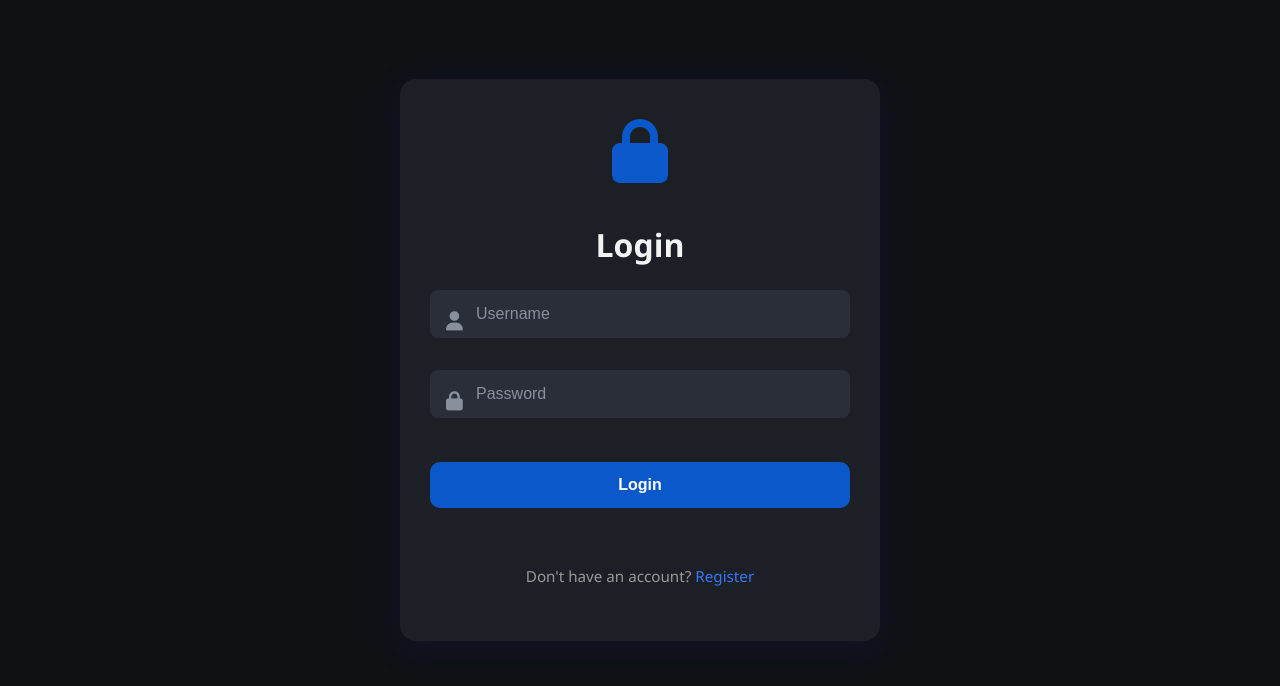
Repository: lowluds/auth-flask
Page: http://localhost/login
The author's editor kept a copy of each file at every save. The page is drawn from the files as they stood at one save, then again after the next save.
The browser window is 1280 px wide. The pictures show the whole page.
The page is served by the project's application, run on Flask 3 (login.py).

Above is the page before, as saved 2025-07-10 22:58:16.

### templates/login.html
<!DOCTYPE html>
<html lang="en">
<head>
    <meta charset="UTF-8">
    <meta name="viewport" content="width=device-width, initial-scale=1.0">
    <title>Login</title>
    <link rel="stylesheet" href="{{ url_for('static', filename='register.css') }}">
    <link rel="stylesheet" href="{{ url_for('static', filename='error.css') }}">
    <link rel="stylesheet" href="https://cdnjs.cloudflare.com/ajax/libs/font-awesome/6.5.0/css/all.min.css">
</head>

<body>
    <div class="login-container">
        <i class="fas fa-lock login-icon"></i>
        <h2>Login</h2>
        <form method="post" action="/login">

          <div class="input-group">
              <i class="fas fa-user"></i>
              <input type="text" name="username" placeholder="Username" required>
            </div>

            <div class="input-group">
              <i class="fas fa-lock"></i>
              <input type="password" name="password" placeholder="Password" required>
            </div>

            {% with messages = get_flashed_messages(with_categories=true) %}
              {% if messages %}
                {% for category, message in messages %}
                  {% if category == 'error' %}
                  <div class="input-error">{{ message }}</div>
                  {% endif %}
                {% endfor %}
              {% endif %}
            {% endwith %}

            <button type="submit">Login</button><br>

            {% if show_forgot %}
            <a href="{{ url_for('forgot_password') }}" class="forgot-link">Forgot password?</a>
            {% endif %}

        </form>
        <p>Don't have an account? <a href="/register">Register</a></p>
    </div>
</body>
</html>

### login.py
from flask import Flask, render_template, request, redirect, url_for, session, flash
from werkzeug.security import check_password_hash
from werkzeug.security import generate_password_hash
import json

app = Flask (__name__)
app.secret_key = '123abc456'  # Change this to a secure random value

@app.route('/')
def home():
    return redirect(url_for('login'))

# Login
@app.route('/login', methods=['GET', 'POST'])
def login():
    if request.method == 'POST':
        # Get form input
        username = request.form['username']
        password = request.form['password']

        # Load users from JSON
        with open('users/userDB.json', 'r') as file:
            data = json.load(file)

        # Look for user
        for user in data['users']:
            if user['username'] == username:
                # Check hashed password
                if check_password_hash(user['password'], password):
                    session['username'] = username
                    session['group'] = user['group']
                    session.pop('show_forgot', None)

                    # Redirect based on group
                    if user['group'] == 'admin':
                        return redirect(url_for('admin'))
                    else:
                        return redirect(url_for('dashboard'))

                flash("Incorrect password", "error")
                session['show_forgot'] = True
                return redirect(url_for('login'))

        flash("Username or password not found", "error")
        session.pop('show_forgot', None)
        return redirect(url_for('login'))

    show_forgot = session.pop('show_forgot', False)
    return render_template('login.html', show_forgot=show_forgot)

# Register
@app.route('/register', methods=['GET', "POST"])
def register():
    if request.method == 'POST':
        username = request.form['username']
        password = request.form['password']
        group = "user"

        # Load existing users
        with open('users/userDB.json', 'r') as file:
            data = json.load(file)

        # Check for duplicate username
        for user in data['users']:
            if user['username'] == username:
                flash("Username already exists. Please choose another.", "error")
                return redirect(url_for('register'))

        # Hash the password
        hashed_password = generate_password_hash(password)

        # Add new user to userDB.json
        data['users'].append({
            'username': username,
            'password': hashed_password,
            'group'   : group
        })

        # Save the updated user to userDB.json
        with open('users/userDB.json', "w") as file:
            json.dump(data, file, indent=4)

        flash("You are registered! Please log in.", "success")
        return redirect(url_for('login'))

    # Only runs for GET requests
    return render_template('register.html')

# Forgot Password
@app.route('/forgot')
def forgot_password():
    return render_template('forgot.html')

# Dashboard
@app.route('/dashboard')
def dashboard():
    # Check if user is logged in
    if 'username' in session:
        return render_template('dashboard.html')
    else:
        return redirect(url_for('login'))
# Admin dashboard
@app.route('/admin')
def admin():
    if 'username' in session:
        if session.get('group') == 'admin':
            return render_template('admin.html')
        else:
            return "You are logged in, but not authorized to view this page"
    else:
        return redirect(url_for('login'))

# Logout
@app.route('/logout')
def logout():
    session.pop('username', None)
    return redirect(url_for('login'))

if __name__ == '__main__':
    app.run(debug=True)

### static/register.css
/* Global dark theme */
body {
    background: #0f1115;
    font-family: 'Segoe UI', Tahoma, Geneva, Verdana, sans-serif;
    margin: 0;
    padding: 0;
    color: #f3f3f3;
    min-height: 100vh;
    display: flex;
    justify-content: center;
    align-items: center;
}

/* Shared container styles */
.login-container,
.register-container,
.dashboard-container,
.admin-dashboard-container {
    background: #1c1f26;
    max-width: 420px;
    width: 100%;
    padding: 40px 30px;
    margin: 60px auto;
    border-radius: 16px;
    box-shadow: 0 8px 32px rgba(31, 38, 135, 0.18);
    display: flex;
    flex-direction: column;
    align-items: center;
}

.input-group {
    position: relative;
    width: 100%;
    margin-bottom: 16px;
}

.input-group i {
    position: absolute;
    top: 50%;
    left: 16px;
    transform: translateY(-50%);
    color: #8a8f9c;
    font-size: 1.2rem;
    pointer-events: none;
}

.input-group input {
  padding: 14px 16px 14px 46px;
  height: 48px;
  border: none;
  border-radius: 8px;
  background-color: #2a2e39;
  color: #f3f3f3;
  font-size: 1rem;
  width: 100%;
  box-sizing: border-box;
}

.input-group input:focus {
    box-shadow: 0 0 0 2px rgba(52, 120, 246, 0.4);
}

/* Headings */
.login-container h2,
.register-container h2,
.dashboard-container h2,
.admin-dashboard-container h2 {
    color: #f3f3f3;
    margin-bottom: 24px;
    font-weight: 600;
    font-size: 2rem;
    text-align: center;
}

/* Forms */
form {
    width: 100%;
    display: flex;
    flex-direction: column;
    margin-bottom: 20px;
}

/* Labels */
label {
    margin-bottom: 6px;
    color: #ccc;
    font-size: 0.95rem;
}

/* Inputs */
input,
select {
    padding: 14px;
    margin-bottom: 16px;
    border: none;
    border-radius: 10px;
    background-color: #2a2e39;
    color: #f3f3f3;
    font-size: 1rem;
    transition: all 0.2s ease-in-out;
}

input::placeholder {
    color: #8a8f9c;
}

input:focus,
select:focus {
    outline: none;
    background-color: #2f3541;
    border: 1.5px solid #3478f6;
}

/* Buttons */
button {
    background-color: #0a58ca;
    color: #fff;
    border: none;
    border-radius: 10px;
    padding: 14px;
    font-size: 1rem;
    font-weight: 600;
    cursor: pointer;
    transition: background-color 0.3s ease;
    margin-top: 12px;
}

button:hover {
    background-color: #0846a1;
}

/* Links */
a {
    color: #3478f6;
    text-decoration: none;
    font-weight: 500;
    font-size: 0.95rem;
}

a:hover {
    color: #5a9afc;
    text-decoration: underline;
}

.login-container .login-icon {
    font-size: 64px !important;
    color: #0a58ca !important;
    margin-bottom: 14px;
}


/* Paragraphs */
p {
    margin-top: 16px;
    color: #999;
    font-size: 0.95rem;
}

/* Forgot Password */
.forgot-link {
    text-align: center;
    margin-bottom: 10px;
}

/* Flash error styling */
.input-error {
    color: #ff4d4d;
    font-weight: bold;
    margin-bottom: 12px;
    text-align: center;
}

/* Responsive */
@media (max-width: 600px) {
    .login-container,
    .register-container,
    .dashboard-container,
    .admin-dashboard-container {
        width: 90%;
        padding: 24px;
    }
}

### static/error.css
/* Modern error style for login and form input errors */
.input-error {
    background: none;
    color: #ff0000;
    padding: 0;
    border-radius: 0;
    margin: 14px 0 18px 0;
    font-weight: 600;
    text-align: center;
    box-shadow: none;
    letter-spacing: 0.7px;
    font-size: 1.08rem;
    border: none;
    text-shadow: none;
    max-width: 400px;
    width: 90%;
    margin-left: auto;
    margin-right: auto;
}
@keyframes fadeOut {
  0% { opacity: 0.98; transform: translateY(0); }
  80% { opacity: 0.98; }
  100% { opacity: 0; transform: translateY(-20px); pointer-events: none; }
}

After the next save:
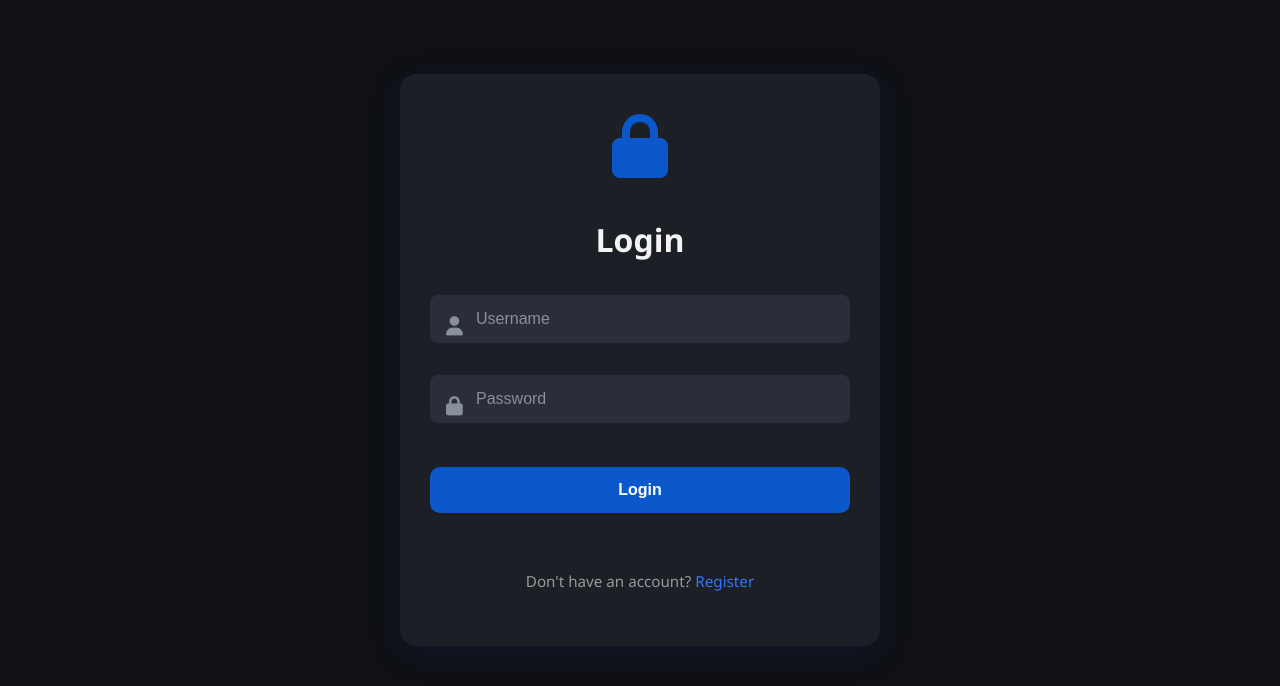
Saved 2 min 20 s later.
--- a/static/register.css
+++ b/static/register.css
@@ -66,7 +66,7 @@ body {
 .dashboard-container h2,
 .admin-dashboard-container h2 {
     color: #f3f3f3;
-    margin-bottom: 24px;
+    margin-bottom: 34px;
     font-weight: 600;
     font-size: 2rem;
     text-align: center;
